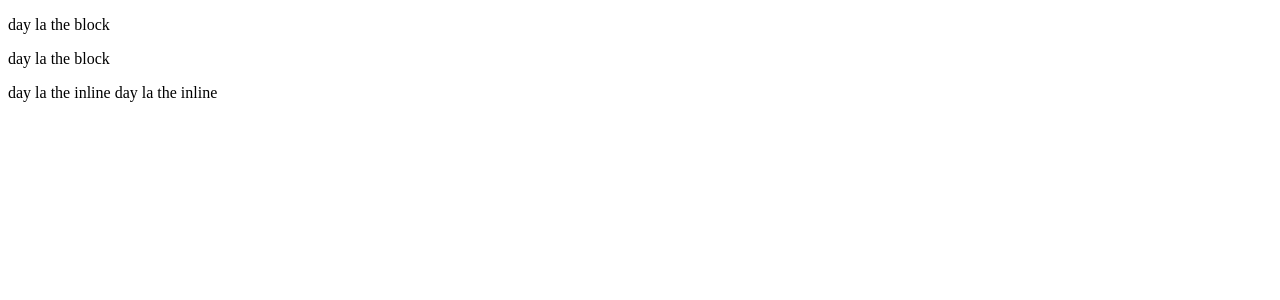
Repository: quocanh1010/quocanh1010.github.io
Page: Front End bai 1 2/index.html
The author's editor kept a copy of each file at every save. The page is drawn from the files as they stood at one save, then again after the next save.
The browser window is 1280 px wide. The pictures show the whole page.

Above is the page before, as saved 2021-04-16 19:04:29.

### Front End bai 1 2/index.html
<!DOCTYPE html>
<html lang="en">

<head>
    <meta charset="UTF-8">
    <meta http-equiv="X-UA-Compatible" content="IE=edge">
    <meta name="viewport" content="width=device-width, initial-scale=1.0">
    <title>Techmaster</title>
</head>

<body>

    <p>day la the block</p>
    <p>day la the block</p>

    <span>day la the inline</span>
    <span>day la the inline</span>





</body>

</html>

After the next save:
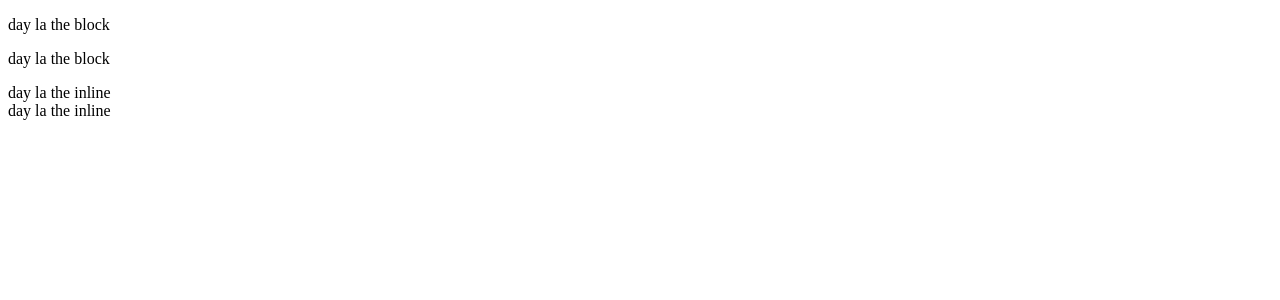
Saved 4 min 20 s later.
--- a/Front End bai 1 2/index.html
+++ b/Front End bai 1 2/index.html
@@ -13,10 +13,8 @@
     <p>day la the block</p>
     <p>day la the block</p>
 
+    <span>day la the inline</span> <br/>
     <span>day la the inline</span>
-    <span>day la the inline</span>
-
-
 
 
 
